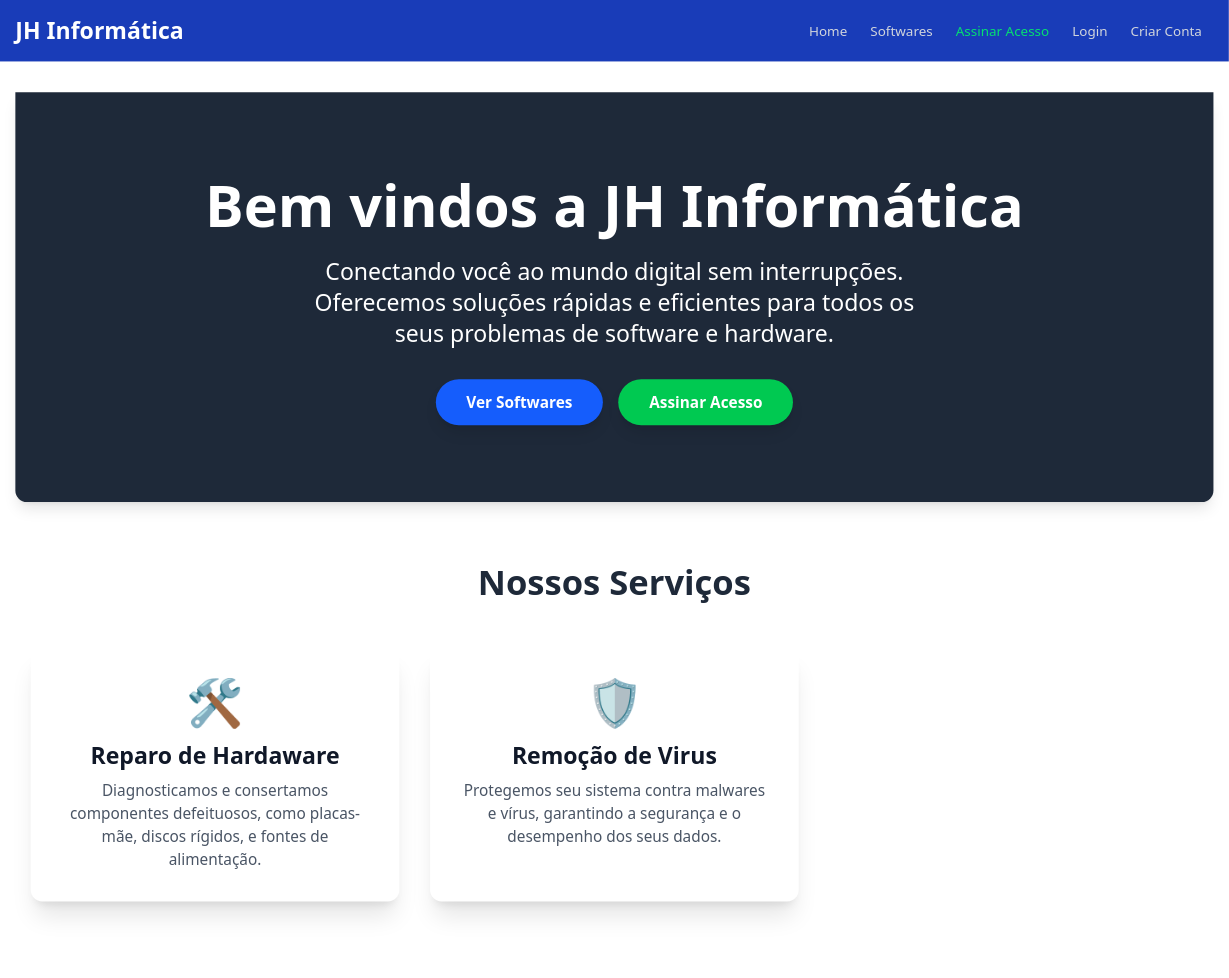
Repository: estevam02009/jh-info
Page: / (app in frontend/)
The author's editor kept a copy of each file at every save. The page is drawn from the files as they stood at one save, then again after the next save.
The browser window is 1280 px wide. The pictures show the whole page, at 96% of full size.
The project was rebuilt for these pictures with package versions that can differ from the ones it lists, and the page was loaded fresh each time. Also part of the build but not shown: frontend/src/pages/Login.jsx, frontend/src/pages/Register.jsx, frontend/src/pages/Dashboard.jsx, frontend/src/components/ProtectedRoute.jsx, frontend/src/pages/SoftwareList.jsx, frontend/src/pages/SoftwareDetails.jsx, frontend/src/pages/SoftwareManagement.jsx, frontend/src/pages/PaymentPage.jsx and 1 more.

Above is the page before, as saved 2025-07-13 11:27:14.

### frontend/index.html
<!doctype html>
<html lang="en">
  <head>
    <meta charset="UTF-8" />
    <link rel="icon" type="image/svg+xml" href="/vite.svg" />
    <meta name="viewport" content="width=device-width, initial-scale=1.0" />
    <title>JH Informática</title>
  </head>
  <body>
    <div id="root"></div>
    <script type="module" src="/src/main.jsx"></script>
  </body>
</html>

### frontend/src/main.jsx
// src/main.jsx
import React from 'react';
import ReactDOM from 'react-dom/client';
import App from './App.jsx';
import './index.css'; // Para estilos globais
import { BrowserRouter } from 'react-router-dom';
import { AuthProvider } from './context/AuthContext.jsx'; // Contexto de Autenticação

ReactDOM.createRoot(document.getElementById('root')).render(
    <React.StrictMode>
        <BrowserRouter>
            <AuthProvider> {/* O AuthProvider envolve toda a aplicação */}
                <App />
            </AuthProvider>
        </BrowserRouter>
    </React.StrictMode>,
);

### frontend/src/App.jsx
import React from "react";
import {Link, Routes, Route} from "react-router-dom";
import Login from "./pages/Login.jsx";
import Register from "./pages/Register.jsx";
import Home from "./pages/Home.jsx";
import Dashboard from "./pages/Dashboard.jsx";
import ProtectedRoute from "./components/ProtectedRoute";
import SoftwareList from "./pages/SoftwareList";
import SoftwareDetails from "./pages/SoftwareDetails";
import SoftwareManagement from "./pages/SoftwareManagement";
import PaymentPage from "./pages/PaymentPage";
import MySoftwares from "./pages/MySoftwares.jsx";
import { useAuth } from "./context/AuthContext";


const App = () => {

    const { user, logout } = useAuth(); // Obtém o estado do usuário e a função de logout

    return (
        <>
            <nav className="bg-blue-800 p-4">
                <div className="container mx-auto flex justify-between items-center">
                    <Link to="/" className="text-white text-2xl font-bold">JH Informática</Link>
                    <div>
                        <Link to="/" className="text-gray-300 hover:bg-white hover:text-blue-500 px-3 py-2 rounded-md text-sm font-medium">Home</Link>
                        <Link to="/softwares" className="text-gray-300 hover:bg-white hover:text-blue-500 px-3 py-2 rounded-md text-sm font-medium">Softwares</Link>

                        {/* Link para a página de Pagamento/Assinatura */}
                        {!user?.hasPaidAccess && (
                            <Link to="/subscribe" className="text-green-400 hover:bg-gray-700 hover:text-green-200 px-3 py-2 rounded-md text-sm font-medium">Assinar Acesso</Link>
                        )}

                    {/*    Links visiveis apenas se o usuário estiver logado    */}
                        {user ? (
                            <>
                                <Link to="/dashboard" className="text-gray-300 hover:bg-white hover:text-blue-500 px-3 py-2 rounded-md text-sm font-medium">Dashboard</Link>
                                {user.hasPaidAccess && ( // Mostrar "Meus Softwares" apenas se tiver pago
                                    <Link to="/my-softwares" className="text-gray-300 hover:bg-white hover:text-blue-500 px-3 py-2 rounded-md text-sm font-medium">Meus Softwares</Link>
                                )}
                            {/* Link para gerenciamento de softwares - visivel apenas para admins logados */}
                                {user.role === "admin" && (
                                    <Link to="/admin/softwares" className="text-gray-300 hover:bg-white hover:text-blue-500 px-3 py-2 rounded-md text-sm font-medium">Gerenciar Softwares</Link>
                                )}
                                <button
                                    onClick={logout}
                                    className="bg-red-600 hover:bg-red-800 px-3 py-2 rounded-md text-sm text-white font-medium ml-4"
                                >Sair</button>
                            </>
                        ) : (

                            <>
                                {/* Links visivéis apenas se o usuário não estiver logado */}
                                <Link to="/login" className="text-gray-300 hover:bg-white hover:text-blue-500 px-3 py-2 rounded-md text-sm font-medium">Login</Link>
                                <Link to="/register" className="text-gray-300 hover:bg-white hover:text-blue-500 px-3 py-2 rounded-md text-sm font-medium">Criar Conta</Link>
                            </>
                        )}
                    </div>
                </div>
            </nav>

            {/* Conteúdo principal*/}
            <div className="container mx-auto p-4 mt-4">
                <Routes>
                    <Route path="/" element={<Home />} />
                    <Route path="/login" element={<Login />} />
                    <Route path="/register" element={<Register />} />

                    <Route path="/softwares" element={<SoftwareList />} /> {/* <-- Nova Rota */}
                    <Route path="/softwares/:id" element={<SoftwareDetails />} />

                    {/* Rota para a página de assinatura. É acessível se o usuário estiver logado ou não, mas a lógica de pagamento exige login */}
                    <Route path="/subscribe" element={<PaymentPage />} />

                {/* Rotas protegidas */}
                    <Route element={<ProtectedRoute />}>
                        <Route path="/dashboard" element={<Dashboard />}></Route>
                        <Route path="/my-softwares" element={<MySoftwares />} />
                    </Route>

                    <Route element={<ProtectedRoute allowedRoles={['admin']} />}>
                        <Route path="/admin/softwares" element={<SoftwareManagement />} />
                    </Route>

                    <Route path="*" element={<h2 className="text-4xl font-bold text-red-500">404 - Página não encontrada</h2>}></Route>
                </Routes>
            </div>
        </>
    )
}

export default App;

### frontend/src/context/AuthContext.jsx
// src/context/AuthContext.jsx
import React, { createContext, useState, useEffect, useContext } from 'react';
import axios from 'axios';

const AuthContext = createContext();

export const AuthProvider = ({ children }) => {
    // O estado 'user' agora conterá o campo 'hasPaidAccess'
    const [user, setUser] = useState(null);
    const [token, setToken] = useState(null);
    const [loading, setLoading] = useState(true); // Para saber se o token está sendo verificado

    // Base da URL da sua API
    const API_URL = 'http://localhost:5000/api'; // Certifique-se que a porta está correta

    // Carrega o token e usuário do localStorage ao iniciar
    useEffect(() => {
        const storedToken = localStorage.getItem('token');
        const storedUser = localStorage.getItem('user');

        if (storedToken && storedUser) {
            setToken(storedToken);

            if (storedToken && storedUser) {
                setToken(storedToken);
                // Garante que o usuário no estado inclui 'hasPaidAccess'
                try {
                    const userData = JSON.parse(storedUser);
                    setUser(userData);
                } catch (error) {
                    console.error('Erro ao fazer parse do usuário do localStorage:', error);
                    localStorage.removeItem('token');
                    localStorage.removeItem('user');
                }
            }

            // Configura o token no cabeçalho padrão do Axios para todas as requisições
            axios.defaults.headers.common['Authorization'] = `Bearer ${storedToken}`;
        }
        setLoading(false);
    }, []);

    const login = async (email, password) => {
        try {
            const response = await axios.post(`${API_URL}/auth/login`, { email, password });
            const { token, hasPaidAccess, ...userData } = response.data; // Capture 'hasPaidAccess'

            setToken(token);
            // Certifique-se de que o objeto user no estado inclui hasPaidAccess
            setUser({ ...userData, hasPaidAccess: hasPaidAccess });

            localStorage.setItem('token', token);
            // Armazene o objeto de usuário completo no localStorage, incluindo 'hasPaidAccess'
            localStorage.setItem('user', JSON.stringify({ ...userData, hasPaidAccess: hasPaidAccess }));

            axios.defaults.headers.common['Authorization'] = `Bearer ${token}`; // Atualiza o header
            return response.data;
        } catch (error) {
            console.error('Erro de login:', error.response?.data || error.message);
            throw error.response?.data || { message: 'Erro ao fazer login' };
        }
    };

    // Função para atualizar o estado do usuário (útil após o pagamento)
    const updateUserAccessStatus = (updatedUser) => {
        setUser(updatedUser);
        localStorage.setItem('user', JSON.stringify(updatedUser));
    }

    const register = async (name, email, password, role = 'user') => {
        try {
            const response = await axios.post(`${API_URL}/auth/register`, { name, email, password, role });
            // Geralmente, após o registro, você pode logar o usuário automaticamente ou redirecioná-lo para a tela de login
            return response.data;
        } catch (error) {
            console.error('Erro de registro:', error.response?.data || error.message);
            throw error.response?.data || { message: 'Erro ao registrar' };
        }
    };

    const logout = () => {
        setToken(null);
        setUser(null);
        localStorage.removeItem('token');
        localStorage.removeItem('user');
        delete axios.defaults.headers.common['Authorization']; // Remove o header do Axios
    };

    return (
        <AuthContext.Provider value={{ user, token, loading, login, register, logout, updateUserAccessStatus }}>
            {children}
        </AuthContext.Provider>
    );
};

export const useAuth = () => useContext(AuthContext);

### frontend/src/pages/Home.jsx
import React from 'react';
import { Link } from 'react-router-dom';

const Home = () => {
    return (
        <div className="flex flex-col items-center">

            {/* Seção Principal (Hero) */}
            <div className='bg-gray-800 text-white w-full py-20 px-4 text-center rounded-b-xl shadow-lg'>
                <h1 className='text-5xl md:text-6xl font-extrabold leading-tight mb-4'>
                    Bem vindos a JH Informática
                </h1>
                <p className='text-xl md:text-2xl font-light max-w-2xl mx-auto mb-8'>
                    Conectando você ao mundo digital sem interrupções. Oferecemos soluções rápidas e eficientes para todos os seus problemas de software e hardware.
                </p>
                <div className="flex justify-center space-x-4">
                    <Link
                        to="/softwares"
                        className="bg-blue-600 hover:bg-blue-700 text-white font-bold py-3 px-8 rounded-full shadow-lg transition duration-300"
                    >
                        Ver Softwares
                    </Link>
                    <Link
                        to="/subscribe"
                        className="bg-green-500 hover:bg-green-700 text-white font-bold py-3 px-8 rounded-full shadow-lg transition duration-300"
                    >
                        Assinar Acesso
                    </Link>
                </div>
            </div>

            {/* Seção nossos serviços */}
            <div className="container mx-auto py-16 px-4">
                <h2 className="text-4xl font-bold text-center text-gray-800 mb-12">Nossos Serviços</h2>
                <div className='grid grid-cols-1 md:grid-cols-2 lg:grid-cols-3 gap-8'>

                    {/* Card de Serviços */}
                    <div className='bg-white rounded-xl shadow-xl p-8 text-center transition-transform transform hover:scale-106 duration-300'>
                        <div className='text-5xl text-blue-600 mb-4'>🛠️</div>
                        <h3 className='text-2xl font-semibold text-gray-900 mb-2'>Reparo de Hardaware</h3>
                        <p className='text-gray-600'>
                            Diagnosticamos e consertamos componentes defeituosos, como placas-mãe, discos rígidos, e fontes de alimentação.
                        </p>
                    </div>

                    {/* Card de Serviços 2 */}
                    <div className='bg-white rounded-xl shadow-xl p-8 text-center transition-transform transform hover:scale-106 duration-300'>
                        <div className='text-5xl text-blue-600 mb-4'>🛡️</div>
                        <h3 className='text-2xl font-semibold text-gray-900 mb-2'>Remoção de Virus</h3>
                        <p className='text-gray-600'>
                            Protegemos seu sistema contra malwares e vírus, garantindo a segurança e o desempenho dos seus dados.
                        </p>
                    </div>
                </div>
            </div>
        </div>
    )
}

export default Home;

Loaded but not shown: frontend/src/index.css (common file)

After the next save:
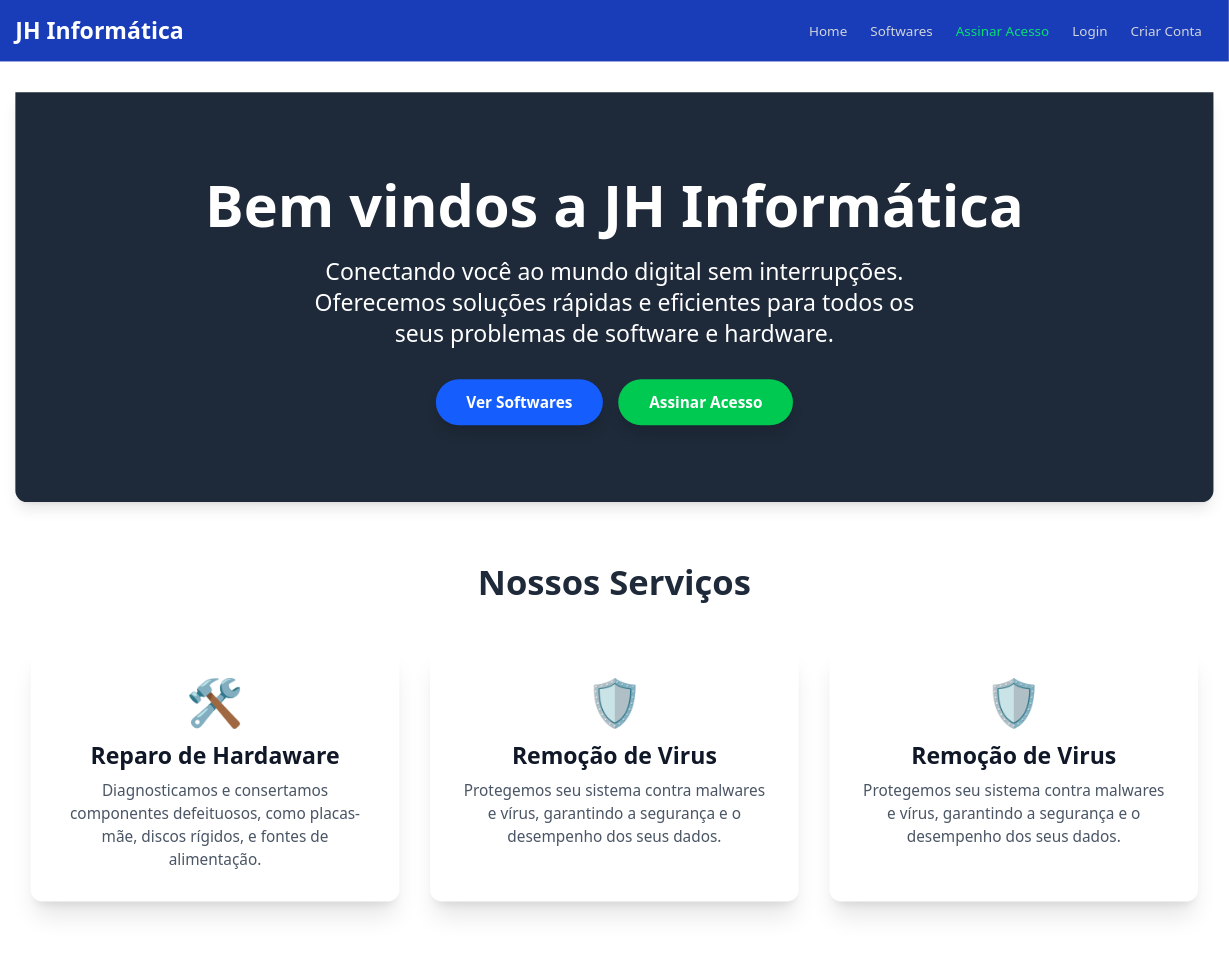
Saved 17 s later.
--- a/frontend/src/pages/Home.jsx
+++ b/frontend/src/pages/Home.jsx
@@ -51,6 +51,15 @@ const Home = () => {
                             Protegemos seu sistema contra malwares e vírus, garantindo a segurança e o desempenho dos seus dados.
                         </p>
                     </div>
+
+                    {/* Card de Serviços 2 */}
+                    <div className='bg-white rounded-xl shadow-xl p-8 text-center transition-transform transform hover:scale-106 duration-300'>
+                        <div className='text-5xl text-blue-600 mb-4'>🛡️</div>
+                        <h3 className='text-2xl font-semibold text-gray-900 mb-2'>Remoção de Virus</h3>
+                        <p className='text-gray-600'>
+                            Protegemos seu sistema contra malwares e vírus, garantindo a segurança e o desempenho dos seus dados.
+                        </p>
+                    </div>
                 </div>
             </div>
         </div>
